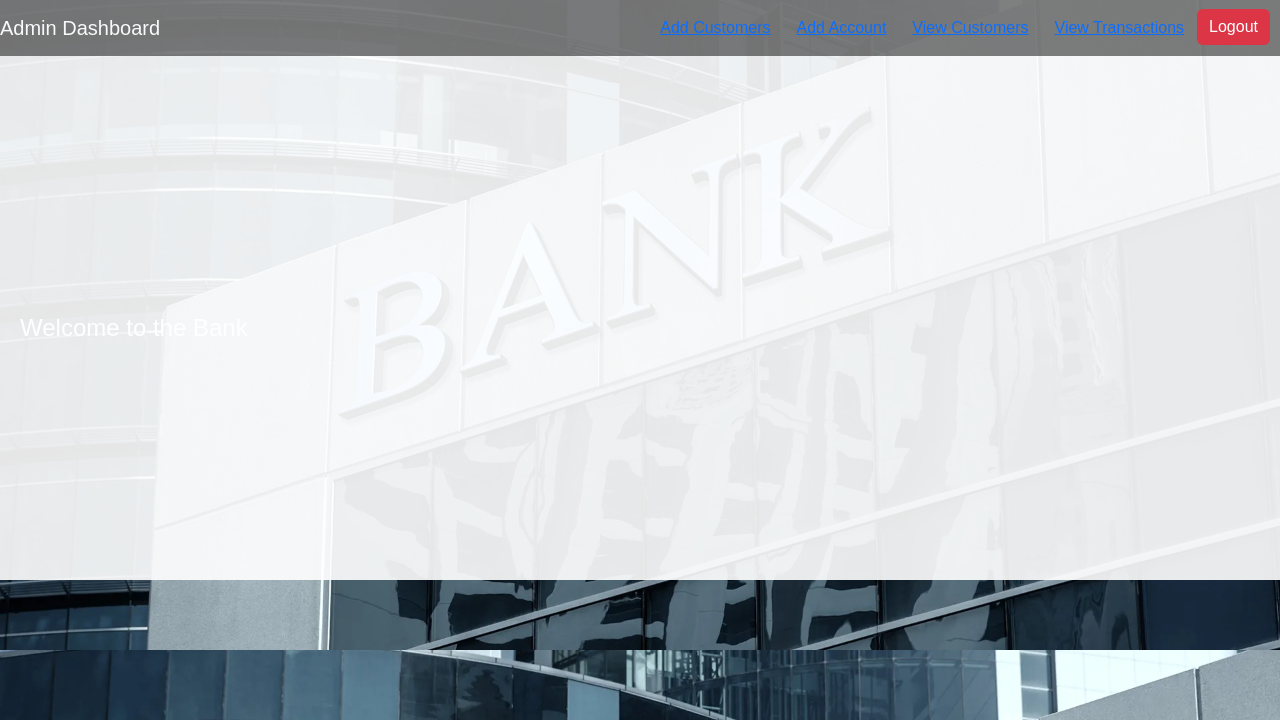
Repository: prathamsuhasia/swabhav-mini-project
Page: http://localhost/01-mini-project/Admin.jsp
An editor plug-in stored every save of this project. The page is shown before and after the next save, followed by the edit.
The browser window is 1280 px wide. The pictures show the whole page.
The page is served by Tomcat 9. The session is filled in as if someone had signed in: {"username": "testuser", "admin": "admin"}.

Above is the page before, as saved 2024-08-15 16:12:43.

After the next save:
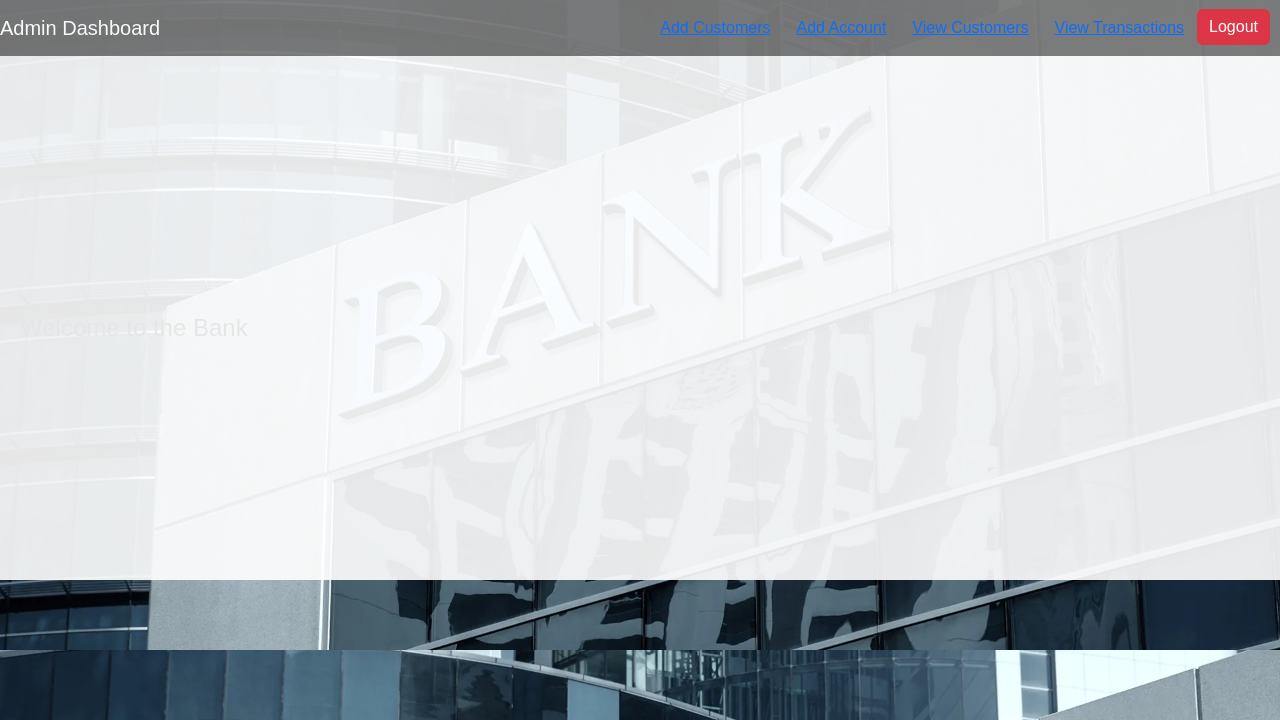
Saved 12 s later.
--- a/01-mini-project/WebContent/Admin.jsp
+++ b/01-mini-project/WebContent/Admin.jsp
@@ -64,7 +64,7 @@ body {
 .welcome-message {
 	display: flex;
 	align-items: center;
-	font-color: black;
+	color: black;
 	height: 70vh;
 	justify-content: flex-start;
 	padding-left: 20px;
